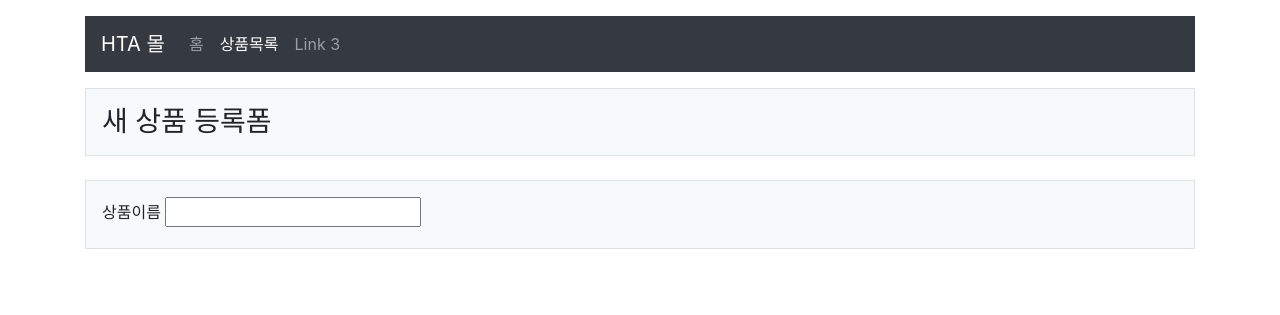
Repository: onuo77/HTA
Page: http://localhost/sample-mybatis/product/form.jsp
These files come from the project's save history. The page is drawn as it stood at one moment and after the next save; the edit follows.
The browser window is 1280 px wide. The pictures show the whole page.
The page is served by Tomcat 9. Other server files are loaded and not shown.

Above is the page before, as saved 2021-05-26 05:29:13.

### java-web/sample-mybatis/src/main/webapp/product/form.jsp
<%@ page contentType="text/html; charset=UTF-8" pageEncoding="UTF-8" %>
<!DOCTYPE html>
<html lang="ko">
<head>
  	<title>Bootstrap 4 Example</title>
  	<meta charset="utf-8">
  	<meta name="viewport" content="width=device-width, initial-scale=1">
  	<link rel="stylesheet" href="https://maxcdn.bootstrapcdn.com/bootstrap/4.5.2/css/bootstrap.min.css">
  	<script src="https://ajax.googleapis.com/ajax/libs/jquery/3.5.1/jquery.min.js"></script>
  	<script src="https://cdnjs.cloudflare.com/ajax/libs/popper.js/1.16.0/umd/popper.min.js"></script>
  	<script src="https://maxcdn.bootstrapcdn.com/bootstrap/4.5.2/js/bootstrap.min.js"></script>
</head>
<body>
<div class="container">
<%
	String navItem = "product";
%>
	<header>
		<%@include file="../common/header.jsp" %>
	</header>
	<main>
		<div class="row mb-3"> <!-- mb-3은 아래쪽 여백을 3만큼 설정한다. -->
			<div class="col-12">
				<h3 class="border p-3 bg-light">새 상품 등록폼</h3>
			</div>
		</div>
		<div class="row">
			<div class="col-12">
				<form action="" class="border p-3 bg-light">
					<label>상품이름</label>
					<input type="text">
				</form>
			</div>
		</div>
	</main>
	<footer>

	</footer>
</div>
</body>
</html>

### java-web/sample-mybatis/src/main/webapp/common/header.jsp
<%@ page pageEncoding="UTF-8"%>
<nav class="navbar navbar-expand-sm bg-dark navbar-dark my-3">
	<a class="navbar-brand" href="">HTA 몰</a>
  	<ul class="navbar-nav">
    	<li class="nav-item <%="home".equals(navItem) ? "active" : "" %>"><a class="nav-link" href="/sample-mybatis/index.jsp">홈</a></li>
    	<li class="nav-item <%="product".equals(navItem) ? "active" : "" %>"><a class="nav-link" href="/sample-mybatis/product/list.jsp">상품목록</a></li>
    	<li class="nav-item"><a class="nav-link" href="#">Link 3</a></li>
  	</ul>
</nav>

After the next save:
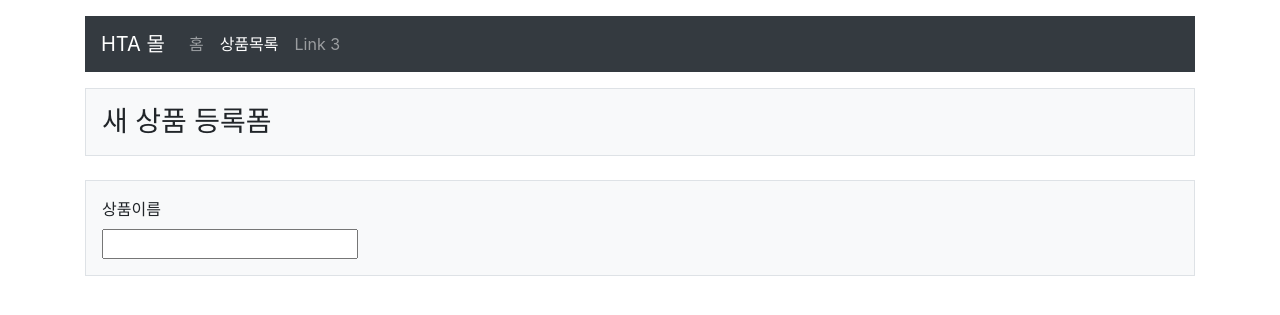
Saved 13 s later.
--- a/java-web/sample-mybatis/src/main/webapp/product/form.jsp
+++ b/java-web/sample-mybatis/src/main/webapp/product/form.jsp
@@ -27,7 +27,7 @@
 		<div class="row">
 			<div class="col-12">
 				<form action="" class="border p-3 bg-light">
-					<label>상품이름</label>
+					<label>상품이름</label> <br/>
 					<input type="text">
 				</form>
 			</div>
